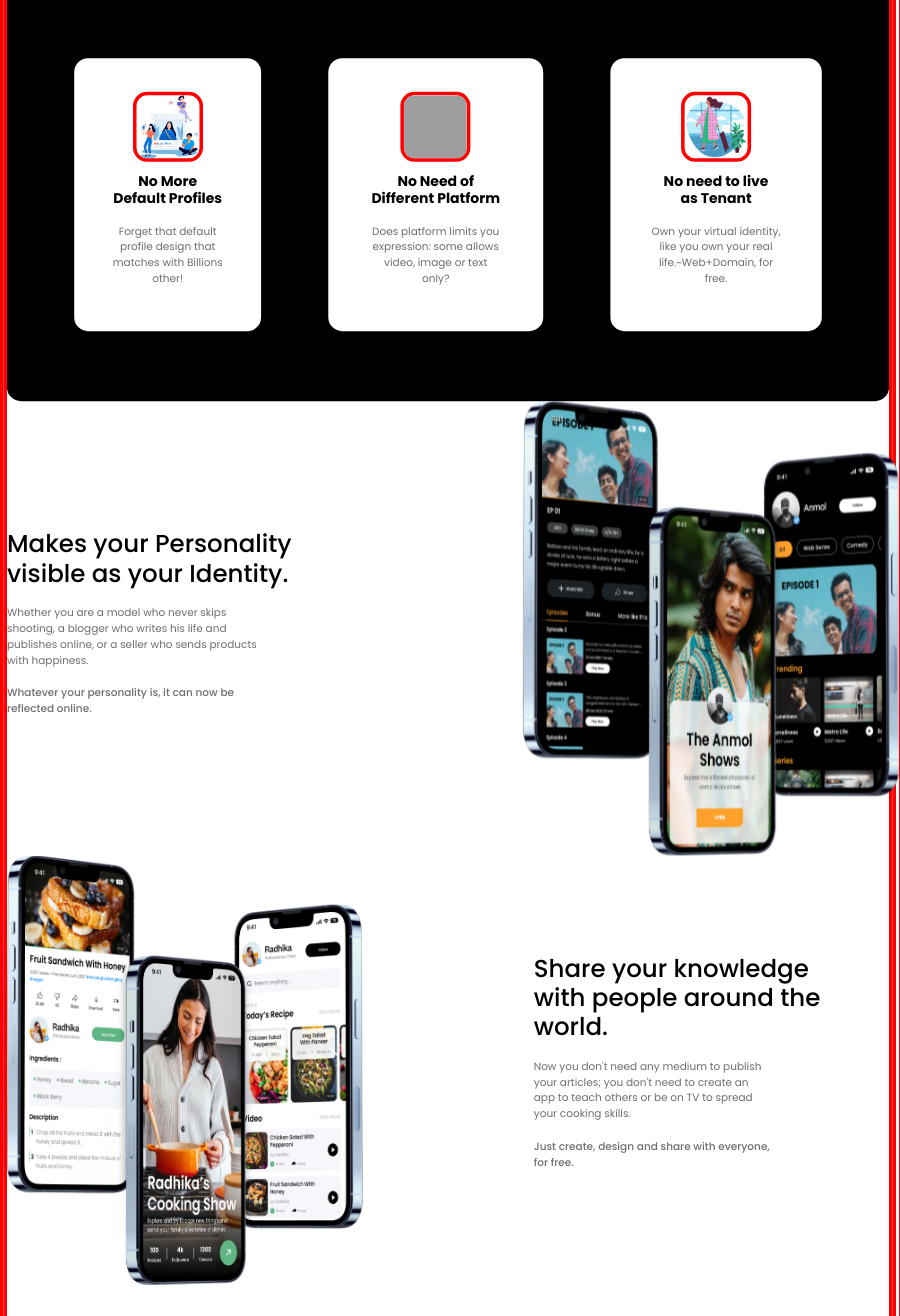
Repository: itsmesikandar/swavy.in.github.io
Page: index.html
The author's editor kept a copy of each file at every save. The page is drawn from the files as they stood at one save, then again after the next save.
The browser window is 1280 px wide. The page is 1285 px wide, so the pictures cover 1285 px, including what lies to the right of the window. The pictures show the part of the page from y = 913 to 2793 px (the page is 4984 px tall before and 5008 px after), at 70% of full size.
Pictures or frames that could not be fetched are drawn as grey boxes.

Above is the page before, as saved 2023-02-22 22:38:44.
Console error: TypeError: Cannot read properties of undefined (reading 'fn')

After the next save:
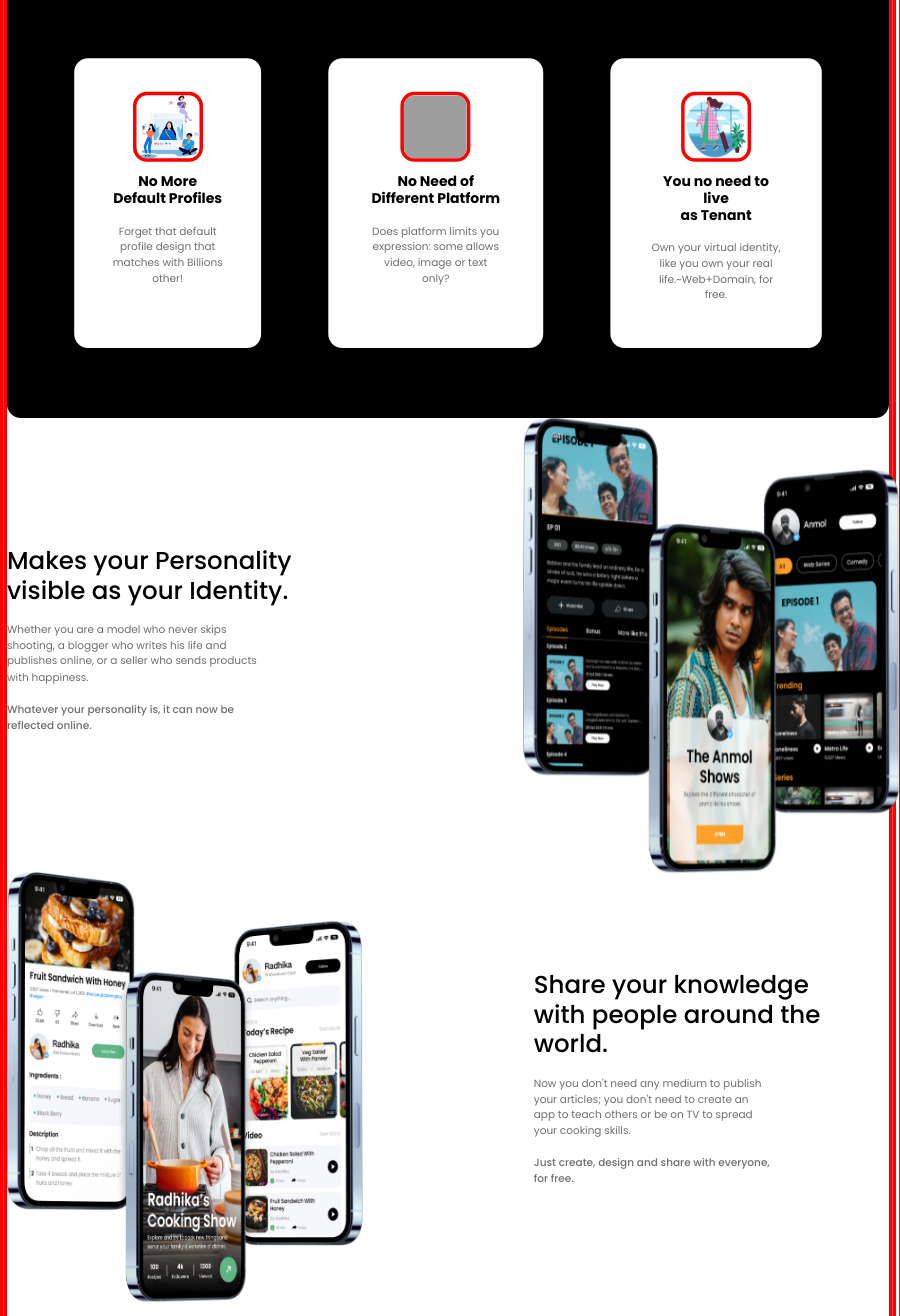
Saved 20 s later.
--- a/index.html
+++ b/index.html
@@ -93,7 +93,7 @@
               <div class="grid-margin d-flex justify-content-center bg_color_white mx-5">
                 <div class="features-width text-center py-5">
                   <img class="border-to" src="images/tenent.png" width="100" height="100" alt="" class="img-icons">
-                  <h5 class="py-3 font-weigh-sub">No need to live<br>as Tenant</h5>
+                  <h5 class="py-3 font-weigh-sub">You no need to live<br>as Tenant</h5>
                   <p class="text-muted">Own your virtual identity, like you own your real life.~Web+Domain, for free.</p>
                 </div>
               </div>

After the save that followed:
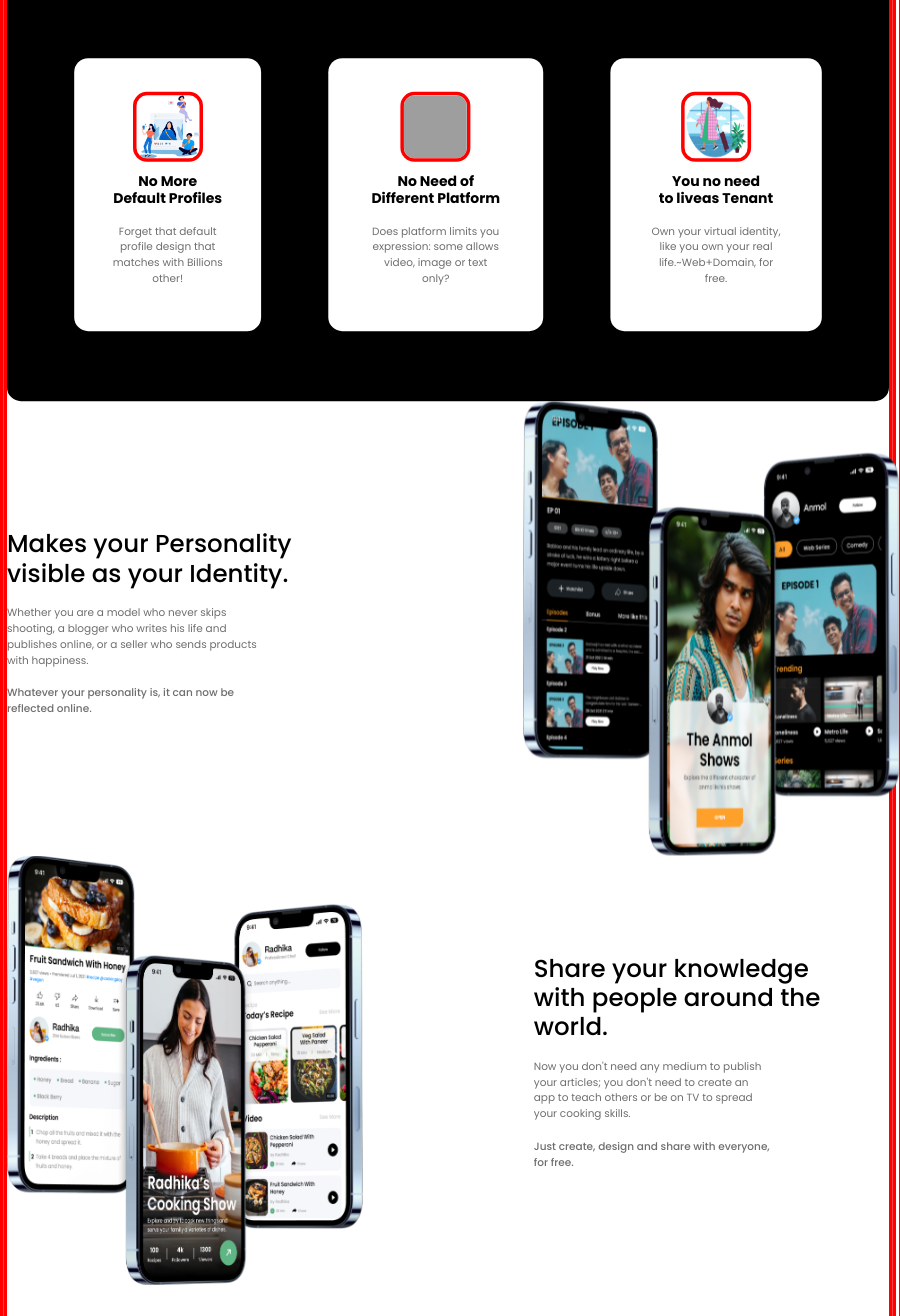
Saved 29 s later.
--- a/index.html
+++ b/index.html
@@ -93,7 +93,7 @@
               <div class="grid-margin d-flex justify-content-center bg_color_white mx-5">
                 <div class="features-width text-center py-5">
                   <img class="border-to" src="images/tenent.png" width="100" height="100" alt="" class="img-icons">
-                  <h5 class="py-3 font-weigh-sub">You no need to live<br>as Tenant</h5>
+                  <h5 class="py-3 font-weigh-sub">You no need<br>to liveas Tenant</h5>
                   <p class="text-muted">Own your virtual identity, like you own your real life.~Web+Domain, for free.</p>
                 </div>
               </div>
